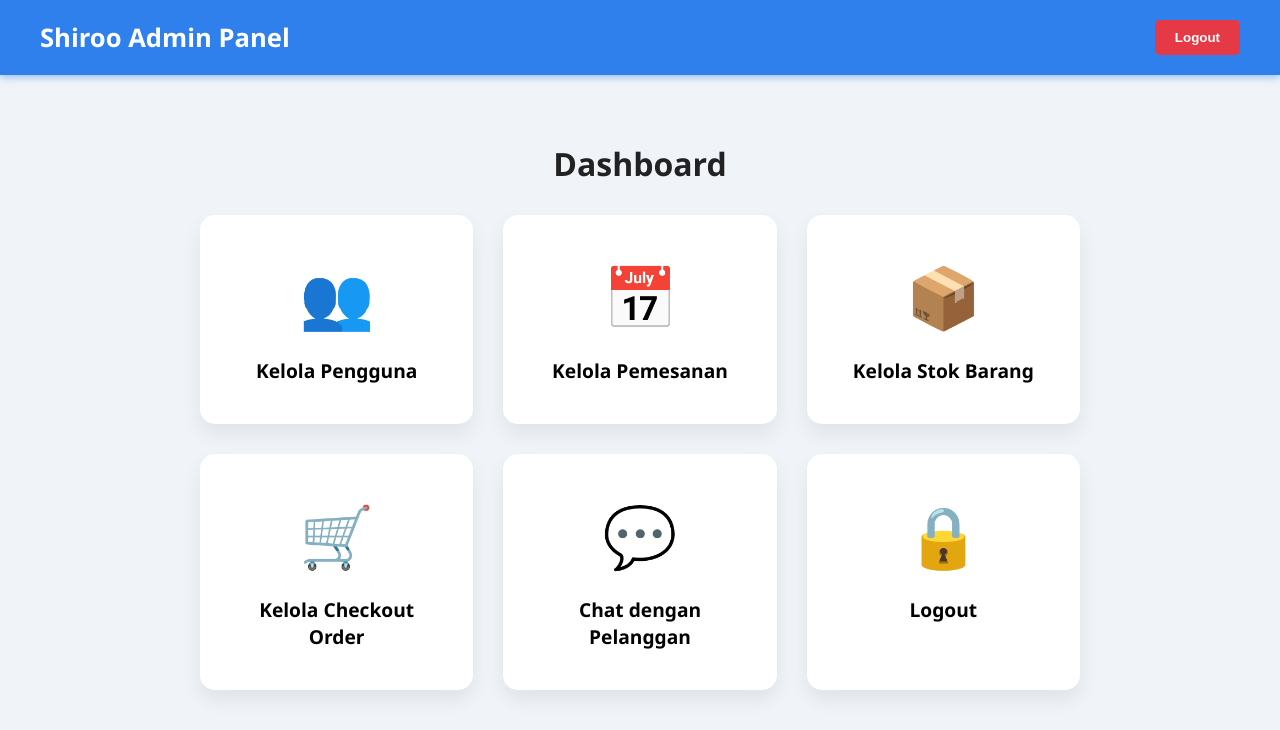
Repository: Senicccc/Shiroo-Pet-Store-Web-App
Page: http://localhost/admin/dashboard.php
The author's editor kept a copy of each file at every save. The page is drawn from the files as they stood at one save, then again after the next save.
The browser window is 1280 px wide. The pictures show the whole page.
The page is run by PHP 8.4 with error messages shown; the project is at /var/www/html/. The session is filled in as if someone had signed in: {"admin_id": 3}. Other server files are loaded and not shown. The database holds what the project's SQL file puts in it.

Above is the page before, as saved 2025-05-31 11:51:39.

### admin/dashboard.php
<?php
session_start();

if (!isset($_SESSION['admin_id'])) {
    header("Location: login.php");
    exit;
}

$koneksi = new mysqli("localhost", "root", "", "shiroo_db");
$admin_id = $_SESSION['admin_id'];
$query = $koneksi->prepare("SELECT username FROM admin WHERE id = ?");
$query->bind_param("i", $admin_id);
$query->execute();
$result = $query->get_result();
$admin = $result->fetch_assoc();
$username = $admin ? $admin['username'] : "Admin";

?>

<!DOCTYPE html>
<html lang="id">

<head>
    <meta charset="UTF-8" />
    <meta name="viewport" content="width=device-width, initial-scale=1" />
    <title>Dashboard Admin - Shiroo Pet Store</title>
    <link rel="stylesheet" href="css/dashboard.css">
</head>

<body>
    <header>
        <h1>Shiroo Admin Panel</h1>
        <div>
            <form style="display:inline;" method="post" action="admin-logout.php">
                <button type="submit" class="logout-btn" name="logout">Logout</button>
            </form>
        </div>
    </header>

    <main>
        <h2>Dashboard</h2>
        <div class="cards">
            <a href="manage-users.php" class="card" title="Kelola Pengguna">
                <div class="card-icon">👥</div>
                Kelola Pengguna
            </a>
            <a href="manage-bookings.php" class="card" title="Kelola Pemesanan">
                <div class="card-icon">📅</div>
                Kelola Pemesanan
            </a>
            <a href="manage-products.php" class="card" title="Kelola Stok Barang">
                <div class="card-icon">📦</div>
                Kelola Stok Barang
            </a>
            <a href="manage-checkout-orders.php" class="card" title="Kelola Checkout Order">
                <div class="card-icon">🛒</div>
                Kelola Checkout Order
            </a>
            <a href="chat-customers.php" class="card" title="Chat dengan Pelanggan">
                <div class="card-icon">💬</div>
                Chat dengan Pelanggan
            </a>
            <a href="admin-logout.php" class="card" title="Logout">
                <div class="card-icon">🔒</div>
                Logout
            </a>
        </div>
    </main>
</body>

</html>

### admin/css/dashboard.css
* {
  box-sizing: border-box;
}

body {
  font-family: "Segoe UI", Tahoma, Geneva, Verdana, sans-serif;
  background: #f0f4f8;
  margin: 0;
  padding: 0;
}

header {
  background-color: #2f80ed;
  color: white;
  padding: 20px 40px;
  display: flex;
  justify-content: space-between;
  align-items: center;
  box-shadow: 0 2px 8px rgb(47 128 237 / 0.5);
}

header h1 {
  margin: 0;
  font-weight: 700;
  font-size: 1.6rem;
}

header .welcome {
  font-size: 1rem;
  opacity: 0.85;
  margin-right: 20px;
}

header .logout-btn {
  background-color: #e63946;
  border: none;
  color: white;
  padding: 10px 20px;
  border-radius: 5px;
  font-weight: 600;
  cursor: pointer;
  transition: background-color 0.3s ease;
}

header .logout-btn:hover {
  background-color: #b3212a;
}

main {
  padding: 40px 60px;
  max-width: 1000px;
  margin: 0 auto;
}

h2 {
  font-weight: 700;
  color: #222;
  margin-bottom: 30px;
  font-size: 2rem;
  text-align: center;
}

.cards {
  display: grid;
  grid-template-columns: repeat(auto-fit, minmax(220px, 1fr));
  gap: 30px;
}

.card {
  background: white;
  border-radius: 15px;
  padding: 40px 30px;
  box-shadow: 0 10px 20px rgb(0 0 0 / 0.07);
  cursor: pointer;
  text-align: center;
  transition: transform 0.3s ease, box-shadow 0.3s ease;
  display: flex;
  flex-direction: column;
  align-items: center;
  color: #2f80ed;
  font-weight: 600;
  font-size: 1.2rem;
  user-select: none;
}

.card:hover {
  transform: translateY(-8px);
  box-shadow: 0 15px 35px rgb(47 128 237 / 0.3);
  color: #155ab7;
}

.card-icon {
  font-size: 60px;
  margin-bottom: 20px;
  pointer-events: none;
}

a.card {
  text-decoration: none;
  color: inherit;
}

### database/shiroo_db.sql (the tables this page reads)
CREATE TABLE `admin` (
  `id` int(11) NOT NULL,
  `username` varchar(50) NOT NULL,
  `password` varchar(255) NOT NULL,
  `created_at` timestamp NOT NULL DEFAULT current_timestamp()
) ENGINE=InnoDB DEFAULT CHARSET=utf8mb4 COLLATE=utf8mb4_general_ci;

INSERT INTO `admin` (`id`, `username`, `password`, `created_at`) VALUES
(3, 'admin1', '$2y$10$DvjQ0TnpRM0Nd2cQGxQeuO4P1sy9uBzMZy1mJX/yPAGq3gXHgRGv2', '2025-05-23 12:44:47'),
(5, 'admin123', '$2y$10$vDY1nisAwHj9MGi6deHIIO3nO0smMllEeEn4CNrydTCfxK.oMlwsq', '2025-05-23 12:48:01');

ALTER TABLE `admin`
  ADD PRIMARY KEY (`id`),
  ADD UNIQUE KEY `username` (`username`);

ALTER TABLE `admin`
  MODIFY `id` int(11) NOT NULL AUTO_INCREMENT, AUTO_INCREMENT=6;

After the next save:
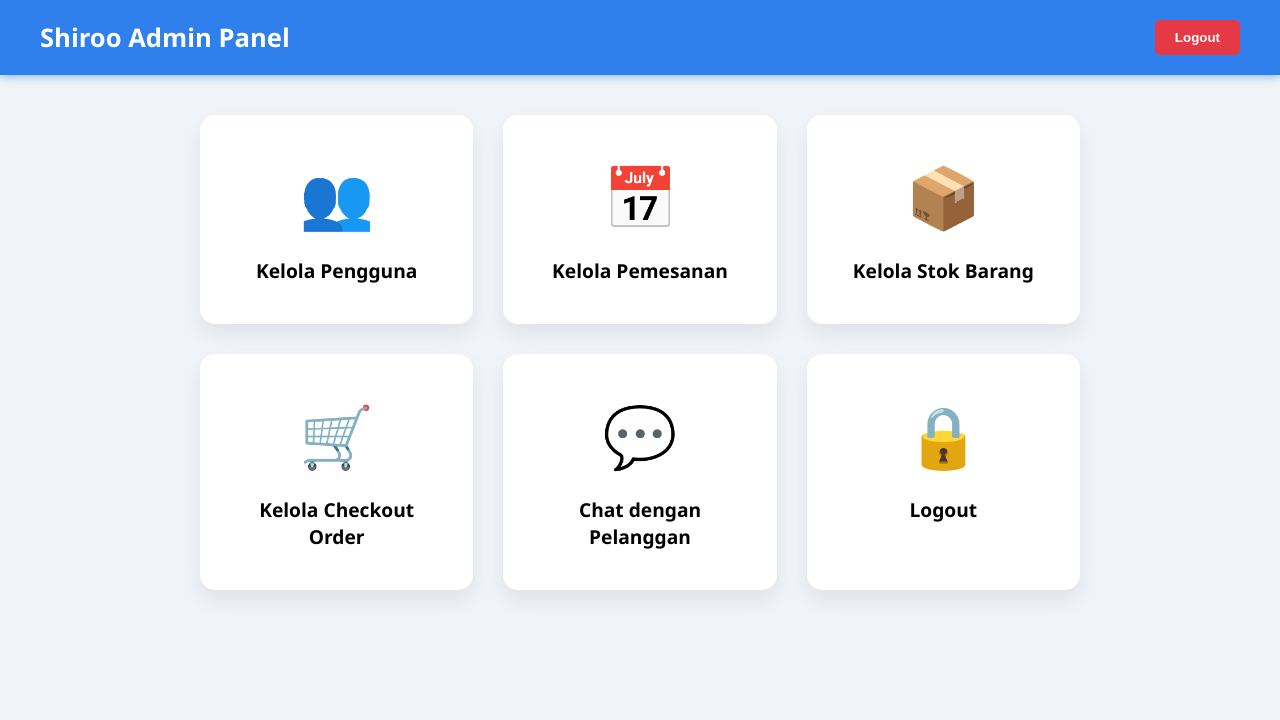
Saved 2 min 14 s later.
--- a/admin/dashboard.php
+++ b/admin/dashboard.php
@@ -38,7 +38,6 @@ $username = $admin ? $admin['username'] : "Admin";
     </header>
 
     <main>
-        <h2>Dashboard</h2>
         <div class="cards">
             <a href="manage-users.php" class="card" title="Kelola Pengguna">
                 <div class="card-icon">👥</div>
